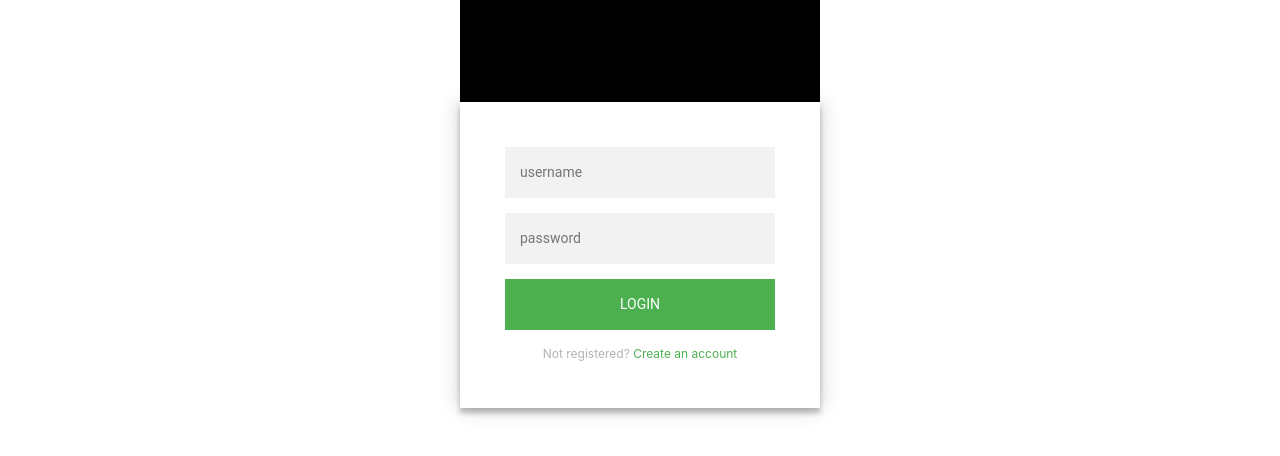
Repository: andbilous/cursor-styled-components
Page: /sign-in
These files come from the project's save history. The page is drawn as it stood at one moment and after the next save; the edit follows.
The browser window is 1280 px wide. The pictures show the whole page.
The project was rebuilt for these pictures with package versions that can differ from the ones it lists, and the page was loaded fresh each time. Also part of the build but not shown: src/App.css, src/components/SignUpForm.jsx.

Above is the page before, as saved 2020-04-19 12:32:04.

After the next save:
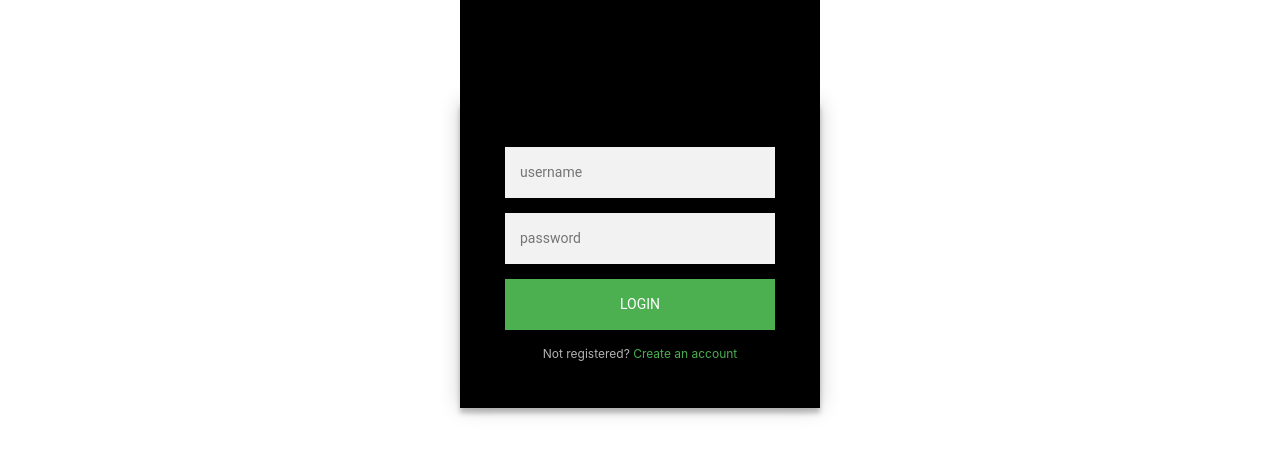
Saved 19 s later.
--- a/src/components/SignInForm.jsx
+++ b/src/components/SignInForm.jsx
@@ -11,7 +11,6 @@ const SignInFormStyles=styled.div`
 .form {
   position: relative;
   z-index: 1;
-  background: #FFFFFF;
   max-width: 360px;
   margin: 0 auto 100px;
   padding: 45px;
